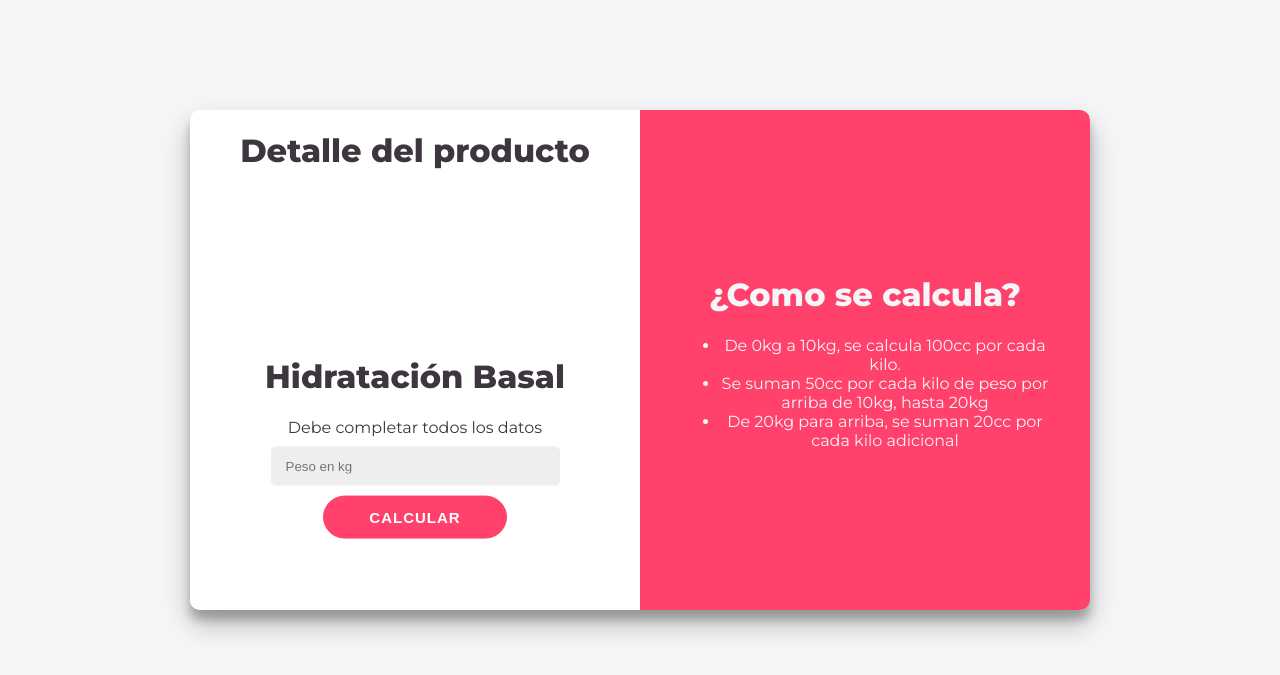
Repository: Fredy452/calculadora_basal
Page: index.html
The author's editor kept a copy of each file at every save. The page is drawn from the files as they stood at one save, then again after the next save.
The browser window is 1280 px wide. The pictures show the whole page.

Above is the page before, as saved 2023-04-21 11:49:47.

### index.html
<!DOCTYPE html>
<html lang="en">
<head>
    <meta charset="UTF-8">
    <meta http-equiv="X-UA-Compatible" content="IE=edge">
    <meta name="viewport" content="width=device-width, initial-scale=1.0">
    <title>Calculadora de hidratación</title>
    <link rel="stylesheet" href="style.css">
</head>
<body>
    <div id="contenedor">
        <div id="calculadora">
            <h1>Detalle del producto</h1>
            <div class="contenido">
                <h1>Hidratación Basal</h1>
                <p class="item"> Debe completar todos los datos</p>
                <input type="number" name="peso" id="peso" placeholder="Peso en kg">
                <p class="item" id="error">* Debe completar todos los datos</p>
                <button class="item" id="calcular">Calcular</button>
                <p class="item resultado">71cc/h</p>
                <p class="item resultado">m+m/2 : 150cc/h</p>
            </div>
        </div>
        <div id="detalle">
            <div class="contenido">
                <h1>¿Como se calcula?</h1>
                <ul>
                    <li>De 0kg a 10kg, se calcula 100cc por cada kilo.</li>
                    <li>Se suman 50cc por cada kilo de peso por arriba de 10kg, hasta 20kg</li>
                    <li>De 20kg para arriba, se suman 20cc por cada kilo adicional</li>
                </ul>
            </div>
        </div>
    </div>
</body>
</html>

### style.css
@import url('https://fonts.googleapis.com/css?family=Montserrat:400,800');

body{
    font-family: 'Montserrat', sans-serif;
    background: #f6f5f7;
    color: #3E363F;
}
#contenedor{
    width: 900px;
    height: 500px;
    position: absolute;
    text-align: center;
    inset: 0;
    margin: auto;
    border-radius: 10px;
    overflow: hidden;
    box-shadow: 0 14px 28px rgba(0,0,0,0.25),
    0 10px 10px rgba(0,0,0,0.22);
}
#calculadora{
    background: white;
    width: 50%;
    height: 100%;
    float: left;
}
#detalle{
    background: #FF416C;
    width: 50%;
    height: 100%;
    float: left;
    color: #f6f5f7;
}
.contenido{
    /* Centrando el contenido de los divs */
    position: relative;
    top: 50%;
    transform: translateY(-50%);
    overflow: hidden;
    padding: 40px;
}
input{
    width: 70%;
    padding: 12px 15px;
    border: none;
    background-color: #eee;
    outline: none;
    border-radius: 5px;
    transition: background-color 0.2s, border 0.2s, box-shadow 0.3s;
}
input:hover{
    background-color:#ebe8eb;
    border: 1px solid rgb(143, 138, 138);
    box-shadow: 0 0 10px rgb(126, 122, 122);
}
button{
    font-size: 15px;
    font-weight: bold;
    padding: 12px 45px;
    border-radius: 30px;
    background-color: #ff416c;
    border: 1px solid #ff416c;
    color: #ffffff;
    text-transform: uppercase;
    letter-spacing: 1px;
    transition: transform 20ms ease-in;
}
button:active{
    transform: scale(0.95);
}
#error{
    color: red;
    font-weight: bold;
    display: none;
}
.resultado{
    color: #0A81D1;
    font-weight: bold;
    font-size: 25px;
    margin-bottom: 5px;
    display: none;
}
.item{
    margin: 10px;
}

After the next save:
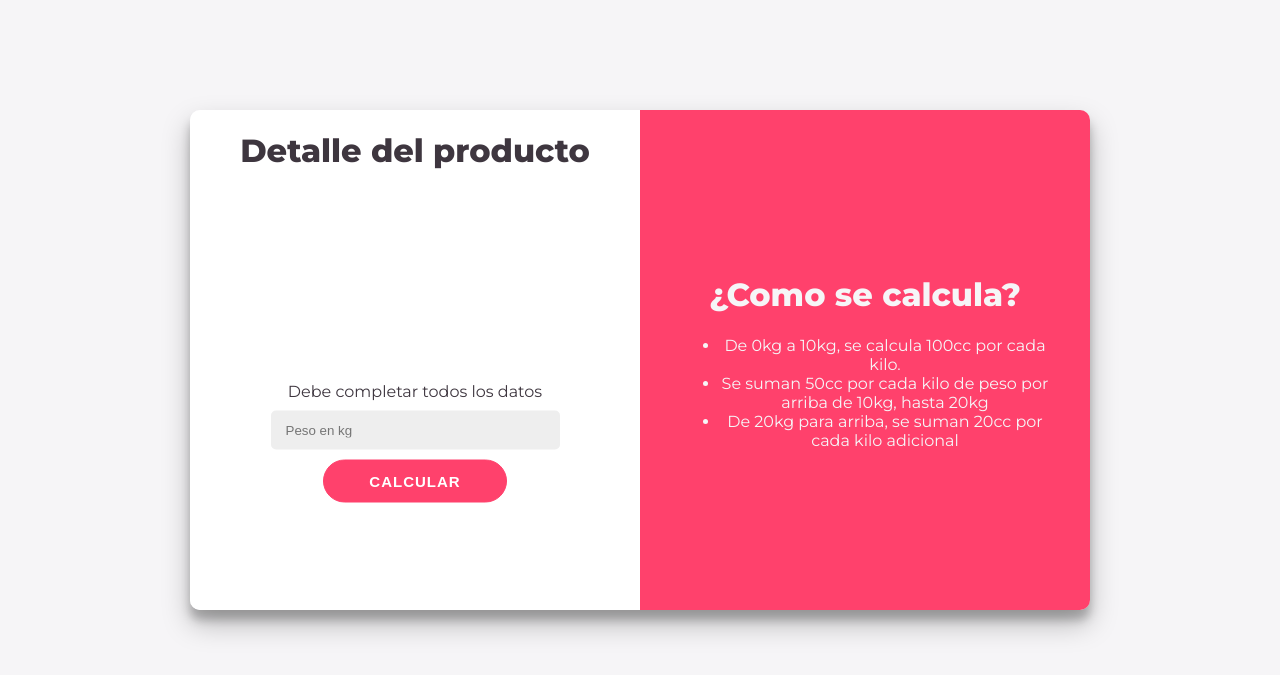
Saved 3 min 12 s later.
--- a/index.html
+++ b/index.html
@@ -12,7 +12,6 @@
         <div id="calculadora">
             <h1>Detalle del producto</h1>
             <div class="contenido">
-                <h1>Hidratación Basal</h1>
                 <p class="item"> Debe completar todos los datos</p>
                 <input type="number" name="peso" id="peso" placeholder="Peso en kg">
                 <p class="item" id="error">* Debe completar todos los datos</p>
